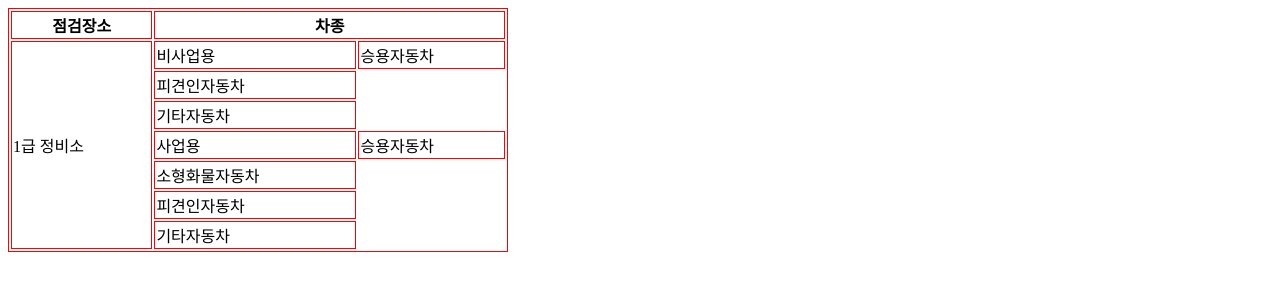
Repository: kisunssong/jsp
Page: http://localhost/test/tabletest.jsp
An editor plug-in stored every save of this project. The page is shown before and after the next save, followed by the edit.
The browser window is 1280 px wide. The pictures show the whole page.
The page is served by Tomcat 9.

Above is the page before, as saved 2020-10-31 09:32:48.

After the next save:
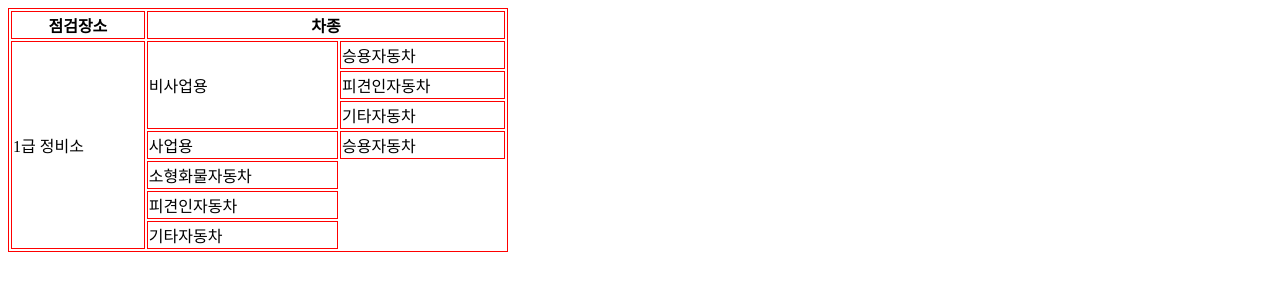
Saved 10 s later.
--- a/test/WebContent/tabletest.jsp
+++ b/test/WebContent/tabletest.jsp
@@ -11,7 +11,7 @@
 	</thead>
 	<tbody>
 		<tr>
-			<td rowspan="7">1급 정비소</td><td>비사업용</td><td>승용자동차</td>
+			<td rowspan="7">1급 정비소</td><td rowspan="3">비사업용</td><td>승용자동차</td>
 		</tr>
 		<tr>
 			<td>피견인자동차</td>
